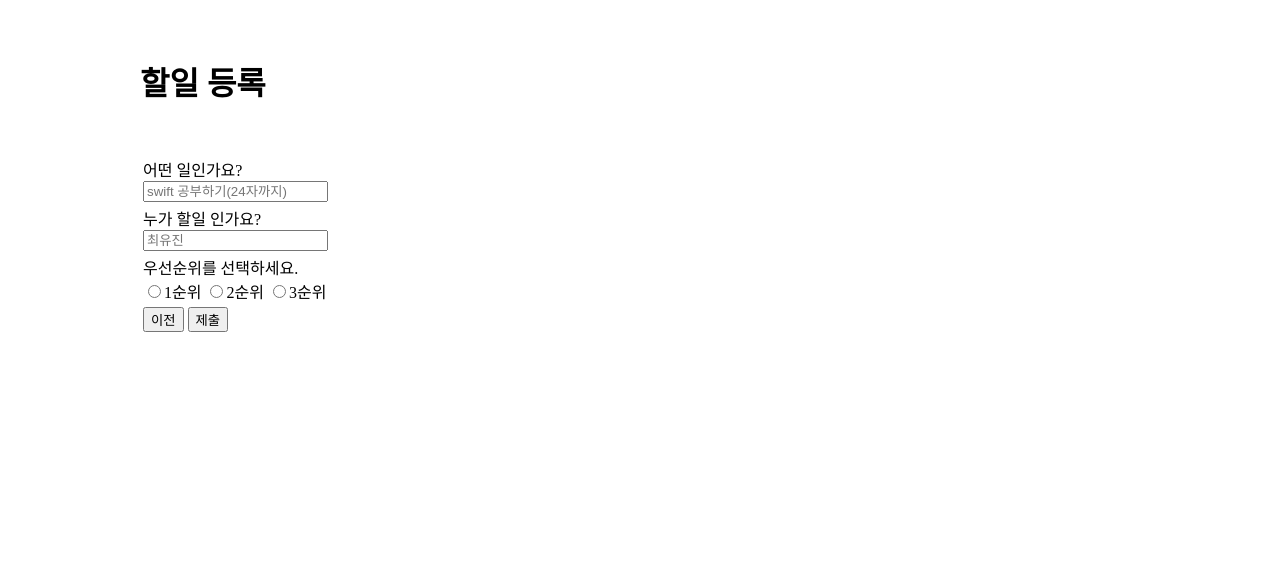
Repository: estellechoi/jsp-project-todo
Page: http://localhost/todo/jsp/form.jsp
These files come from the project's save history. The page is drawn as it stood at one moment and after the next save; the edit follows.
The browser window is 1280 px wide. The pictures show the whole page.
The page is served by Tomcat 9. Other server files are loaded and not shown.

Above is the page before, as saved 2019-12-08 06:55:43.

### todo/src/main/webapp/jsp/form.jsp
<%@ page language="java" contentType="text/html; charset=UTF-8"
    pageEncoding="UTF-8"%>
<!DOCTYPE html>
<html>
<head>
<meta charset="UTF-8">
<title>Insert title here</title>
<style>
	table, h1 {
		width: 1000px;
		margin: auto;
	}

	h1 {
		padding-top: 50px;
		padding-bottom: 50px;
	}

	.block_input {
		height: 100px;
	}
</style>
</head>
<body>
	<h1>할일 등록</h1>
	<form action="TodoAddServlet" method="post">
		<table>
			<tr>
				<td>
					<span>어떤 일인가요?</span> <br />
					<input type="text" name="title" placeholder="swift 공부하기(24자까지)" />
				</td>
			</tr>
			<tr>
				<td>
					<span>누가 할일 인가요?</span> <br />
					<input type="text" name="name" placeholder="최유진" />
				</td>
			</tr>
			<tr>
				<td>
					<span>우선순위를 선택하세요.</span> <br />
					<input type="radio" name="sequence" value="1" />1순위
					<input type="radio" name="sequence" value="2" />2순위
					<input type="radio" name="sequence" value="3" />3순위
				</td>
			</tr>
			<tr>
				<td>
					<input type="button" value="이전" />
					<input type="submit" value="제출" />
				</td>
			</tr>
		</table>
	</form>
</body>
</html>

After the next save:
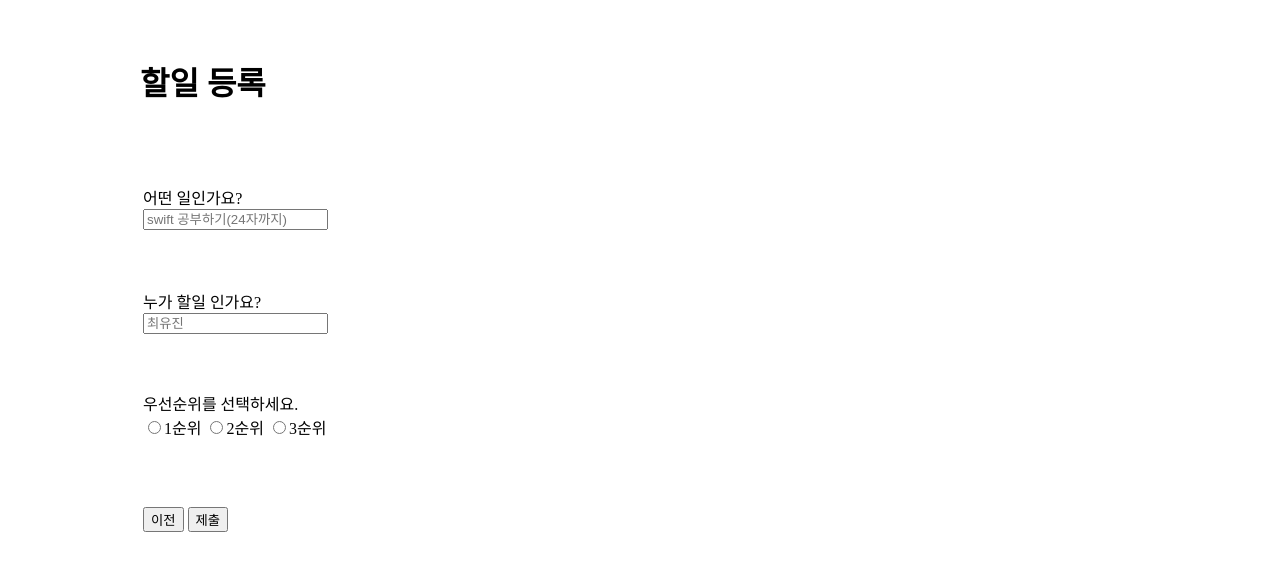
Saved 23 s later.
--- a/todo/src/main/webapp/jsp/form.jsp
+++ b/todo/src/main/webapp/jsp/form.jsp
@@ -26,19 +26,19 @@
 	<form action="TodoAddServlet" method="post">
 		<table>
 			<tr>
-				<td>
+				<td class="block_input">
 					<span>어떤 일인가요?</span> <br />
 					<input type="text" name="title" placeholder="swift 공부하기(24자까지)" />
 				</td>
 			</tr>
 			<tr>
-				<td>
+				<td class="block_input">
 					<span>누가 할일 인가요?</span> <br />
 					<input type="text" name="name" placeholder="최유진" />
 				</td>
 			</tr>
 			<tr>
-				<td>
+				<td class="block_input">
 					<span>우선순위를 선택하세요.</span> <br />
 					<input type="radio" name="sequence" value="1" />1순위
 					<input type="radio" name="sequence" value="2" />2순위
@@ -46,7 +46,7 @@
 				</td>
 			</tr>
 			<tr>
-				<td>
+				<td class="block_input">
 					<input type="button" value="이전" />
 					<input type="submit" value="제출" />
 				</td>
